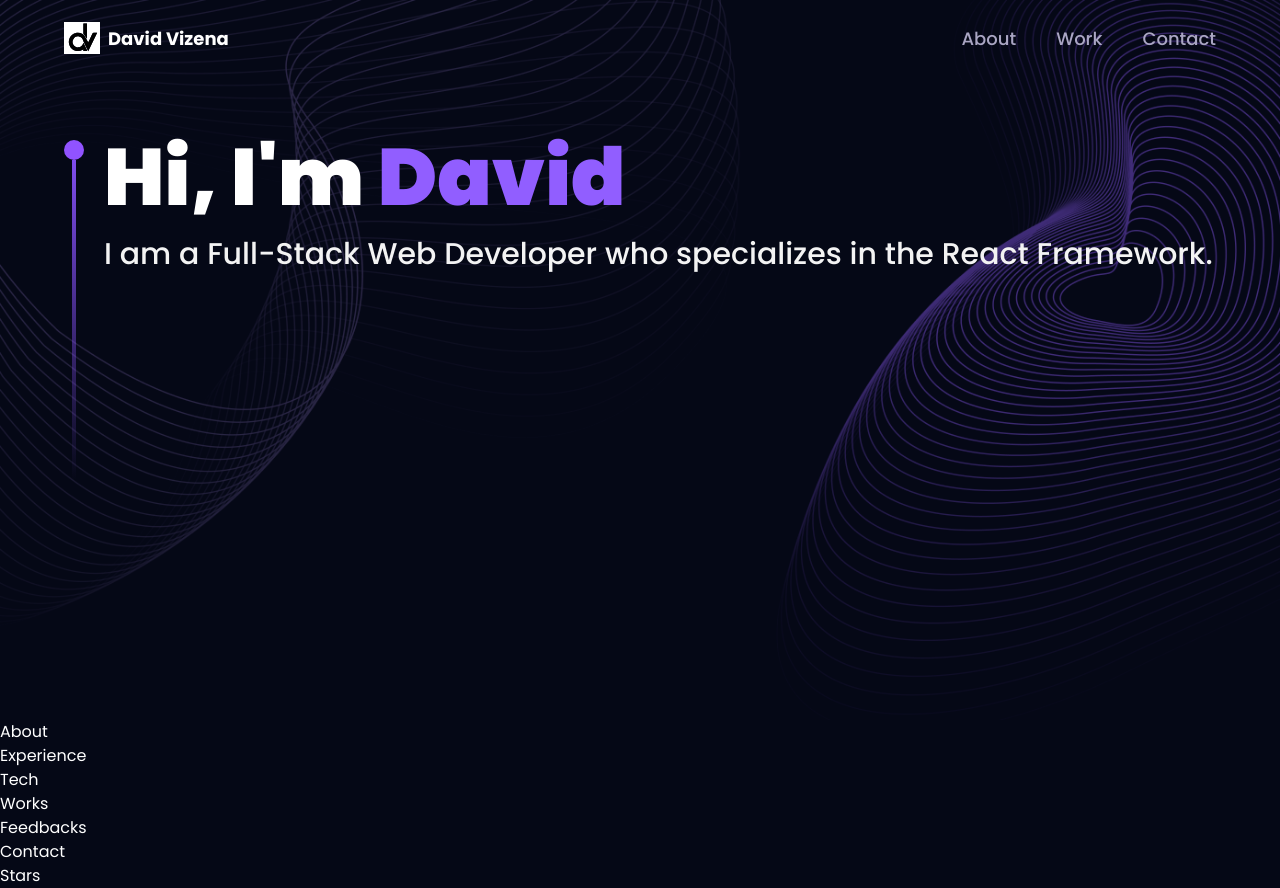
Repository: david-vizena/3d-portfolio
Page: /
An editor plug-in stored every save of this project. The page is shown before and after the next save, followed by the edit.
The browser window is 1280 px wide. The pictures show the whole page.
The project was rebuilt for these pictures with package versions that can differ from the ones it lists, and the page was loaded fresh each time. Also part of the build but not shown: vite.config.js, src/components/canvas/Earth.jsx, src/components/canvas/Ball.jsx, src/components/canvas/Computers.jsx.

Above is the page before, as saved 2023-04-03 16:45:46.

After the next save:
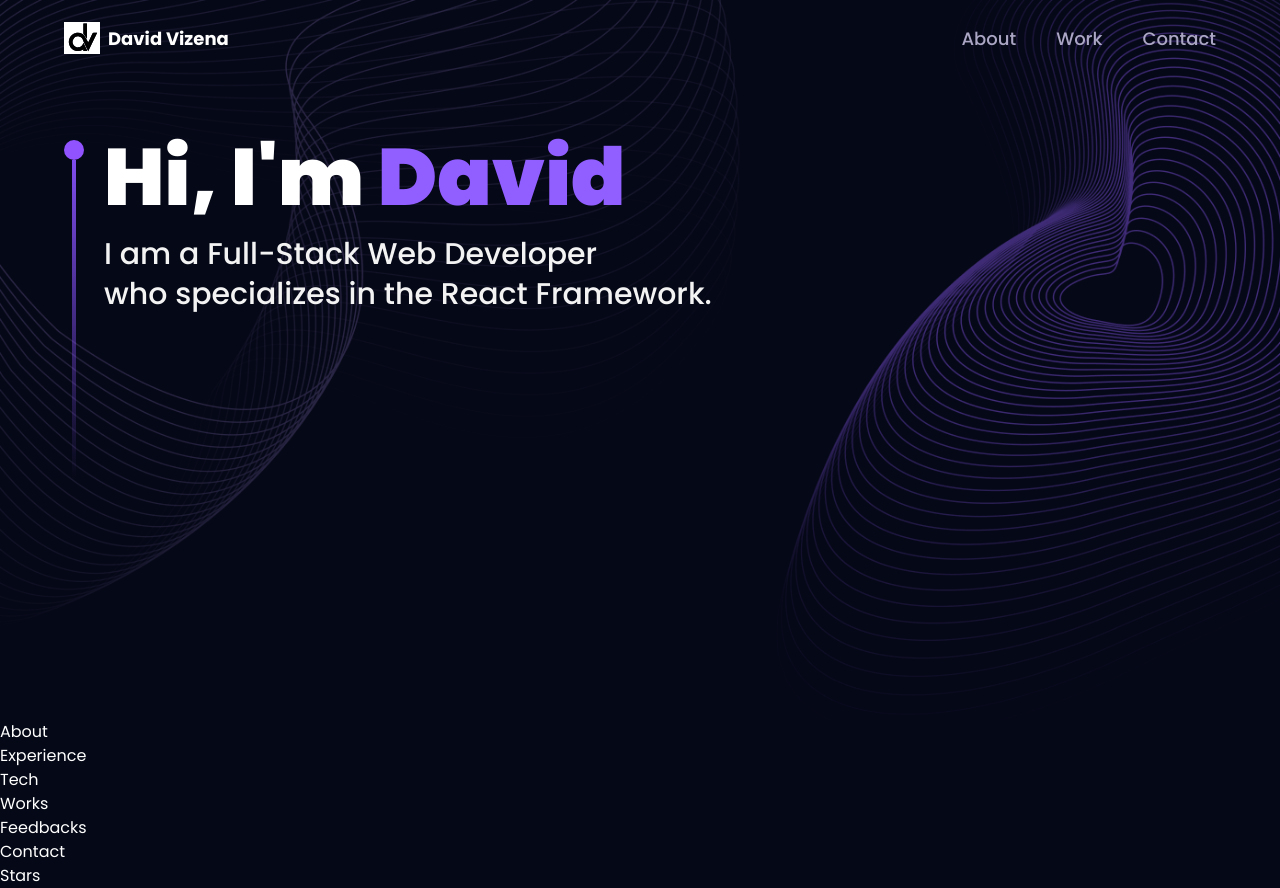
Saved 41 s later.
--- a/src/components/Hero.jsx
+++ b/src/components/Hero.jsx
@@ -18,8 +18,8 @@
 						Hi, I'm <span className='text-[#915eff]'>David</span>
 					</h1>
 					<p className={`${styles.heroSubText} mt-2 text-white-100`}>
-						I am a Full-Stack Web Developer who specializes in the React
-						Framework.
+						I am a Full-Stack Web Developer <br className='sm:block hidden' />
+						who specializes in the React Framework.
 					</p>
 				</div>
 			</div>
